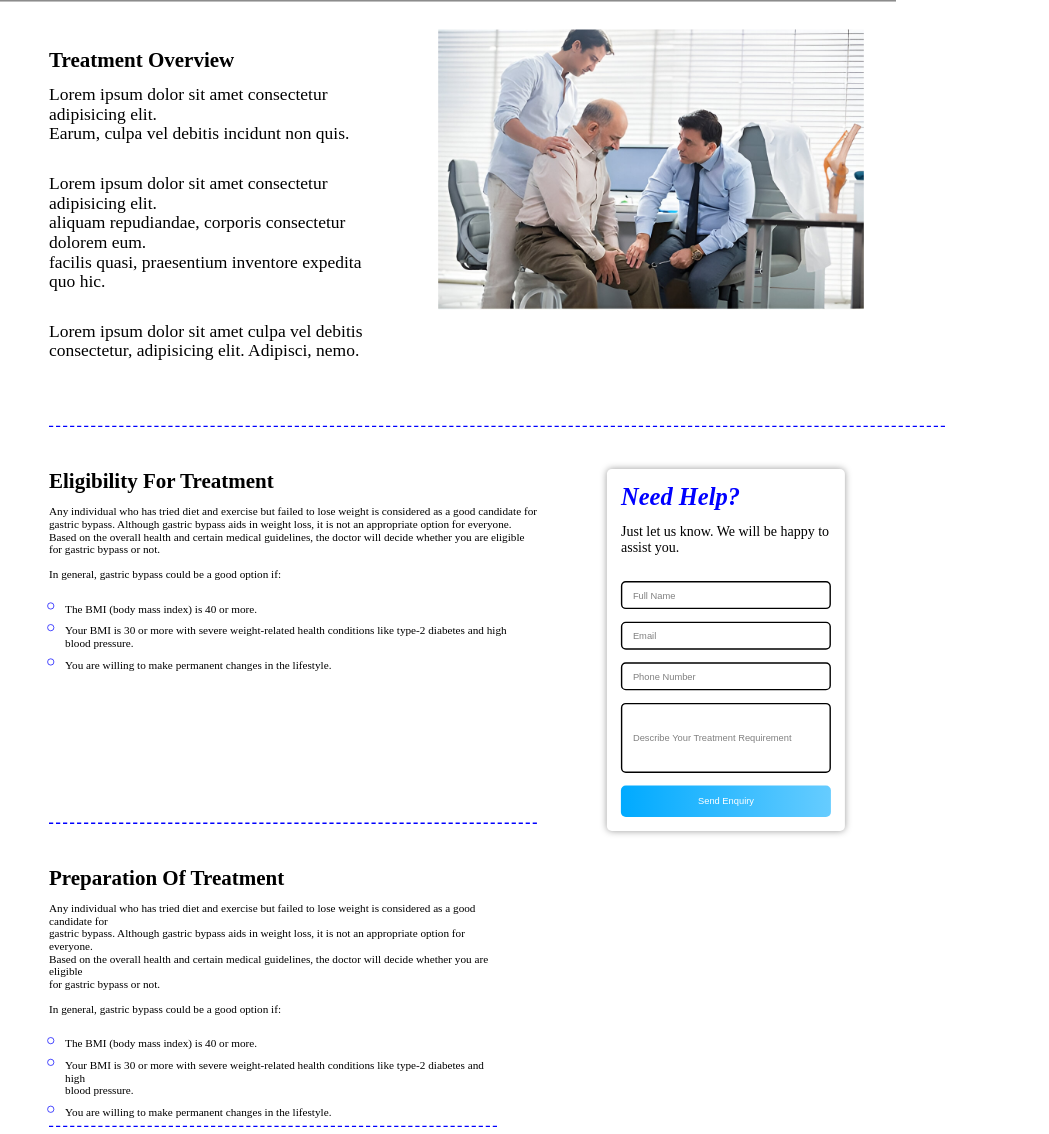
Repository: hetuk2005/webDevelopment
Page: Projects/Aafiya.html
An editor plug-in stored every save of this project. The page is shown before and after the next save, followed by the edit.
The browser window is 1280 px wide. The page is 1498 px wide, so the pictures cover 1498 px, including what lies to the right of the window. The pictures show the part of the page from y = 613 to 2253 px (the page is 2233 px tall before and 2253 px after), at 70% of full size.

Above is the page before, as saved 2025-04-07 11:05:06.

### Projects/Aafiya.html
<!DOCTYPE html>
<html lang="en">

<head>
    <meta charset="UTF-8" />
    <meta name="viewport" content="width=device-width, initial-scale=1.0" />
    <title>Hetuk</title>
    <link rel="stylesheet" href="./CSS/Aafiya.css" />
</head>

<body>
    <nav>
        <div class="child1">
            <div class="images">
                <img src="./Images/Aafiya Logo.svg" alt="Aafiya Logo" class="img1" /><br />
                <img src="./Images/Logo 2.png" alt="Logo" class="img2" />
            </div>
            <div class="image_text">
                <div class="book_text">
                    <img src="./Images/Book.svg" alt="Book" class="img3" />
                    <div class="grid">
                        <br />
                        <p class="text">Second Medical Option</p>
                        <p class="text1">Book Consultation</p>
                    </div>
                </div>
                <div class="call_text">
                    <img src="./Images/Call.svg" alt="Call" class="img4" /><br />
                    <div class="grid">
                        <br />
                        <p class="text">Call Us On</p>
                        <p class="text1">985 896 2222</p>
                    </div>
                </div>
                <div class="mail_text">
                    <img src="./Images/Mail.png" alt="Mail" class="img5" />
                    <div class="grid">
                        <br />
                        <p class="text">Email Us On</p>
                        <p class="text1">info@mediretreats.com</p>
                    </div>
                </div>
                <div class="India">
                    <img src="./Images/India.svg" alt="India Flag" class="img6">
                    <img src="./Images/Dropdown Arrow.svg" alt="Dropdown Arrow" class="img7" />
                </div>
            </div>
        </div>
        <div class="child2">
            <ul>
                <li>Home</li>
                <li>About Us</li>
                <li>Treatments +</li>
                <li>Destinations +</li>
                <li>Hospitals</li>
                <li>FAQs</li>
                <li>Blog</li>
                <li>Request A Quote</li>
            </ul>
            <input type="search" placeholder="Search" />
        </div>
    </nav>
    <div class="home_img">
        <div class="home_child">
            <p class="home_content">Home </p><span> > </span>
            <p class="home_content">Treatments </p> <span> > </span>
            <p class="home_content">Orthopaedics </p> <span> > </span>
            <p class="home_content">Knee Replacement</p>
        </div><br>
        <h3>Total Knee Replacement</h3>
        <p class="home_description">Total knee replacement is a surgery to remove and replace the whole<br> damaged knee joint with an artificial joint.</p><br>
        <button class="enquire_now">Enquire Now</button>
    </div>
    <div class="nav2">
        <ul>
            <li class="list">Overview</li>
            <li>Eligibility</li>
            <li>Preparation</li>
            <li>About Treatment</li>
            <li>Post-Treatment Care</li>
            <li>Recovery Tips</li>
            <li>FAQs</li>
            <li>Patients Stories</li>
        </ul>
    </div>
    <div class="treatment_overview">
        <div class="treatment_text">
            <h3>Treatment Overview</h3>
            <br>
            <p>Lorem ipsum dolor sit amet consectetur adipisicing elit.<br> Earum, culpa vel debitis incidunt non quis.</p>
            <br>
            <p>Lorem ipsum dolor sit amet consectetur adipisicing elit.<br> aliquam repudiandae, corporis consectetur dolorem eum.<br> facilis quasi, praesentium inventore expedita quo hic.
            </p>
            <br>
            <p>Lorem ipsum dolor sit amet culpa vel debitis<br> consectetur, adipisicing elit. Adipisci, nemo.</p>
            <br>
        </div>
        <div class="treatment_img">
            <img src="./Images/treatment_overview (1).jpg" alt="Image" />
        </div>
    </div>
    <div class="eligibility_for_treatment">
        <div class="eligibility_text">
            <h3>Eligibility For Treatment</h3>
            <br>
            <p>Any individual who has tried diet and exercise but failed to lose weight is considered as a good candidate for<br> gastric bypass. Although gastric bypass aids in weight loss, it is not an appropriate option for everyone.<br> Based on the
                overall health and certain medical guidelines, the doctor will decide whether you are eligible<br> for gastric bypass or not.</p>
            <br>
            <p>In general, gastric bypass could be a good option if:</p>
            <br>
            <ul>
                <li>The BMI (body mass index) is 40 or more.</li>
                <li>Your BMI is 30 or more with severe weight-related health conditions like type-2 diabetes and high<br> blood pressure.</li>
                <li>You are willing to make permanent changes in the lifestyle.</li>
            </ul>
        </div>
        <br>
        <div class="eligibility_form">
            <h3>Need Help?</h3><br>
            <p>Just let us know. We will be happy to<br> assist you.</p><br><br>
            <form>
                <input type="text" placeholder="Full Name" /><br /><br>
                <input type="email" placeholder="Email" /><br /><br>
                <input type="tel" placeholder="Phone Number" /><br /><br>
                <input type="textarea" placeholder="Describe Your Treatment Requirement" class="textarea" /><br /><br>
                <button class="Enquiry">Send Enquiry</button>
            </form>
        </div>
    </div>
    <div class="preparation_of_treatment">
        <h3>Preparation Of Treatment</h3>
        <br>
        <p>Any individual who has tried diet and exercise but failed to lose weight is considered as a good candidate for<br> gastric bypass. Although gastric bypass aids in weight loss, it is not an appropriate option for everyone.<br> Based on the overall
            health and certain medical guidelines, the doctor will decide whether you are eligible<br> for gastric bypass or not.</p>
        <br>
        <p>In general, gastric bypass could be a good option if:</p>
        <br>
        <ul>
            <li>The BMI (body mass index) is 40 or more.</li>
            <li>Your BMI is 30 or more with severe weight-related health conditions like type-2 diabetes and high<br> blood pressure.</li>
            <li>You are willing to make permanent changes in the lifestyle.</li>
        </ul>
    </div>
</body>

</html>

### Projects/CSS/Aafiya.css
* {
    margin: 0;
    padding: 0;
    box-sizing: border-box;
}

nav {
    width: 100%;
}

.child1 {
    display: flex;
    padding-top: 15px;
    gap: 20px;
    /* height: 50vh; */
    /* border: 1px solid black; */
    justify-content: space-evenly;
    align-items: center;
}

.img3,
.img4,
.img5 {
    height: 60px;
    width: 60px;
    padding-top: 10px;
    object-fit: contain;
}

.book_text,
.call_text,
.mail_text {
    display: flex;
    width: 270px;
    /* border: 1px solid red; */
    justify-content: center;
    padding-bottom: 15px;
}

.grid {
    display: grid;
    text-align: left;
    padding-left: 10px;
}

.img1 {
    height: 70px;
    width: 300px;
    object-fit: contain;
}

.img2 {
    height: 80px;
    width: 70px;
    object-fit: contain;
}

.image_text {
    display: flex;
    gap: 20px;
    padding-right: 50px;
}

.images {
    display: flex;
    gap: 25px;
    padding-left: 50px;
    justify-content: center;
    align-items: center;
}

.text1 {
    font-weight: bolder;
    font-size: large;
}

.text {
    font-weight: bold;
    color: gray;
    font-size: large;
}

.India {
    display: flex;
    padding-left: 5px;
    justify-content: center;
    gap: 8px;
}

.India>.img6 {
    height: 50px;
    /* width: 50px; */
    padding-top: 10px;
    object-fit: contain;
}

.India>.img7 {
    height: 40px;
    /* width: 40px; */
    padding-top: 23px;
    object-fit: contain;
}

.child2 {
    display: flex;
    padding-top: 10px;
    /* border: 1px solid black; */
    justify-content: space-evenly;
    align-items: center;
    color: white;
    padding-bottom: 10px;
    background-color: rgb(125, 163, 244);
}

.child2>ul {
    list-style-type: none;
    display: flex;
    gap: 60px;
    justify-content: center;
    font-weight: bold;
    align-items: center;
    font-size: larger;
    padding-right: 60px;
}

.child2>input {
    height: 45px;
    background-color: rgb(125, 163, 244);
    width: 200px;
    padding-left: 10px;
    font-weight: bold;
    border: 2px solid black;
}

.child2>input::placeholder {
    color: white;
    text-align: center;
    font-size: large;
    font-weight: bolder;
    opacity: 0.8;
}

.home_img {
    background-image: url(../Images/Main\ Image.jpg);
    background-position: center center;
    background-size: cover;
    background-repeat: no-repeat;
    padding: 80px 0;
    padding-left: 70px;
    position: relative;
    color: white
}

.home_img>.home_child {
    display: flex;
    gap: 20px;
}

.home_img>.home_child>.home_content,
span {
    font-size: 20px;
    font-weight: bold;
}

.home_img>h3 {
    font-size: 37px;
    font-weight: bolder;
    margin-bottom: 15px;
}

.home_img>.home_description {
    font-size: 19px;
    margin-bottom: 25px;
    font-weight: bold;
}

.home_img>.home_child>span {
    color: red
}

.home_img>.enquire_now {
    background-color: #1da1f2;
    font-weight: bold;
    color: white;
    font-size: 17px;
    width: 170px;
    height: 40px;
}

.nav2>ul {
    list-style-type: none;
    display: flex;
    gap: 50px;
    padding-left: 60px;
    padding-top: 25px;
    padding-bottom: 20px;
    border-bottom: 2px solid gray;
    font-size: larger;
    font-weight: 300;
}

.nav2>ul>.list:hover {
    text-decoration: underline;
}

.treatment_overview {
    display: flex;
    width: 100%;
    gap: 50px;
    margin-bottom: 10px;
    border-bottom: 2px dashed blue;
    margin-left: 70px;
}

.treatment_overview>.treatment_text {
    padding-top: 67px;
    padding-bottom: 50px;
}

.treatment_overview>.treatment_text>p {
    font-size: 25px;
    padding-bottom: 25px;
}

.treatment_overview>.treatment_text>h3 {
    font-weight: bold;
    font-size: 30px;
}

.treatment_overview>.treatment_img>img {
    height: 480px;
    width: 700px;
    padding-top: 40px;
    padding-bottom: 40px;
    object-fit: contain;
    margin-right: 70px;
}

.eligibility_for_treatment {
    display: flex;
    width: 100%;
    gap: 50px;
    padding-top: 50px;
    margin-left: 70px;
}

.eligibility_for_treatment>.eligibility_text {
    border-bottom: 2px dashed blue;
    margin-bottom: 10px;
    padding-bottom: 10px;
}

.eligibility_for_treatment>.eligibility_text>h3 {
    font-size: 30px;
    font-weight: bold;
}

.eligibility_for_treatment>.eligibility_text>ul {
    list-style-type: circle;
    padding-left: 23px;
}

.eligibility_for_treatment>.eligibility_text>ul>li::marker {
    color: blue;
    font-size: 30px;
    font-weight: bold;
}

.eligibility_for_treatment>.eligibility_form>h3 {
    font-size: 35px;
    color: blue;
    font-weight: bold;
    font-style: italic;
}

.eligibility_form {
    box-shadow: 0 0 10px rgba(0, 0, 0, 0.4);
    border-radius: 7px;
    padding: 20px;
}

.eligibility_for_treatment>.eligibility_form>p {
    font-size: 20px;
}

.eligibility_for_treatment>.eligibility_form>form>input {
    height: 40px;
    width: 300px;
    gap: 20px;
    border: 2px solid black;
    border-radius: 7px;
}

.eligibility_for_treatment>.eligibility_form>form>input::placeholder {
    color: gray;
    padding-left: 15px;
}

.eligibility_for_treatment>.eligibility_form>form>.textarea {
    height: 100px;
    width: 300px;
    border: 2px solid black;
    border-radius: 7px;
}


/*.eligibility_for_treatment>.eligibility_form>form>.textarea::placeholder {
    padding-bottom: 70px;
}*/

.eligibility_for_treatment>.eligibility_form>form>button {
    background: linear-gradient(to right, #00aaff, #66ccff);
    color: white;
    width: 100%;
    border-radius: 7px;
    border: none;
    height: 45px;
}

.preparation_of_treatment>h3 {
    font-size: 30px;
    font-weight: bold;
}

.preparation_of_treatment {
    border-bottom: 2px dashed blue;
    margin-bottom: 10px;
    padding-bottom: 10px;
    gap: 50px;
    padding-top: 50px;
    margin-left: 70px;
    width: 50%;
}

.preparation_of_treatment>ul {
    list-style-type: circle;
    padding-left: 23px;
}

.preparation_of_treatment>ul>li::marker {
    color: blue;
    font-size: 30px;
    font-weight: bold;
}

After the next save:
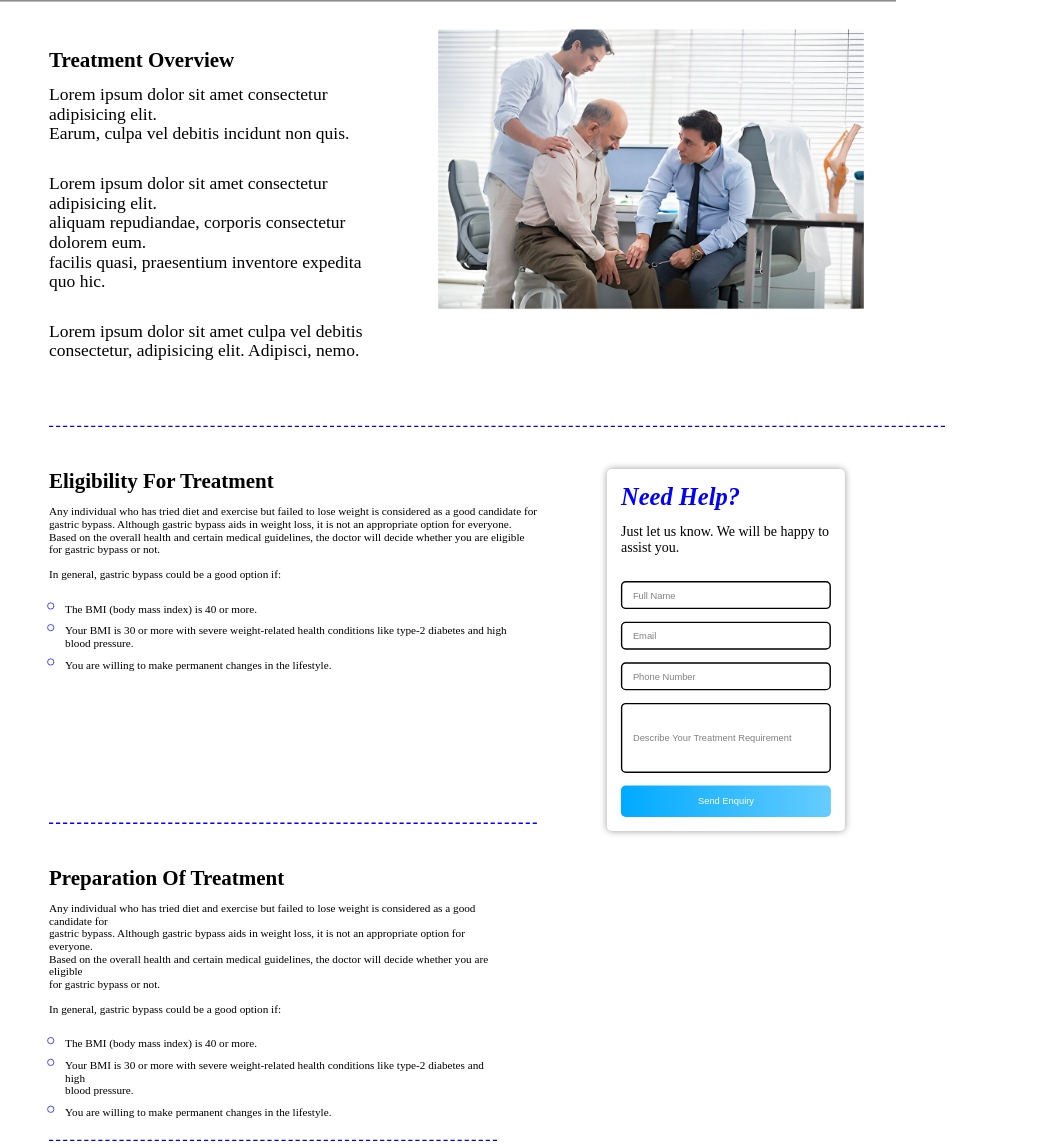
Saved 26 s later.
--- a/Projects/CSS/Aafiya.css
+++ b/Projects/CSS/Aafiya.css
@@ -325,7 +325,7 @@ span {
 .preparation_of_treatment {
     border-bottom: 2px dashed blue;
     margin-bottom: 10px;
-    padding-bottom: 10px;
+    padding-bottom: 30px;
     gap: 50px;
     padding-top: 50px;
     margin-left: 70px;
